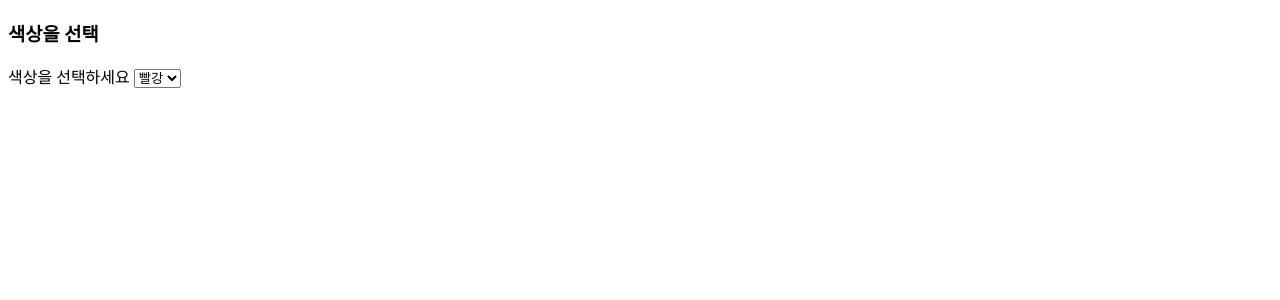
Repository: YooMyeongSeon/JSP_Servlet_Study
Page: http://localhost/web07/Ex_11_Form.jsp
The author's editor kept a copy of each file at every save. The page is drawn from the files as they stood at one save, then again after the next save.
The browser window is 1280 px wide. The pictures show the whole page.
The page is served by Tomcat 9. Other server files are loaded and not shown.

Above is the page before, as saved 2022-06-10 04:04:31.

### web07/WebContent/Ex_11_Form.jsp
<%@ page language="java" contentType="text/html; charset=UTF-8"
    pageEncoding="UTF-8"%>
<%@ taglib prefix="c" uri="http://java.sun.com/jsp/jstl/core" %>
<!DOCTYPE html>
<html>
<head>
<meta charset="UTF-8">
<title>Insert title here</title>
</head>
<body>
	<h3>색상을 선택</h3>
	<form action="">
		<label for="color">색상을 선택하세요</label>
		<select id="color" name="color">
			<option value="red">빨강</option>
			<option value="blue">파랑</option>
			<option value="green">초록</option>
		</select>
	</form>
</body>
</html>

After the next save:
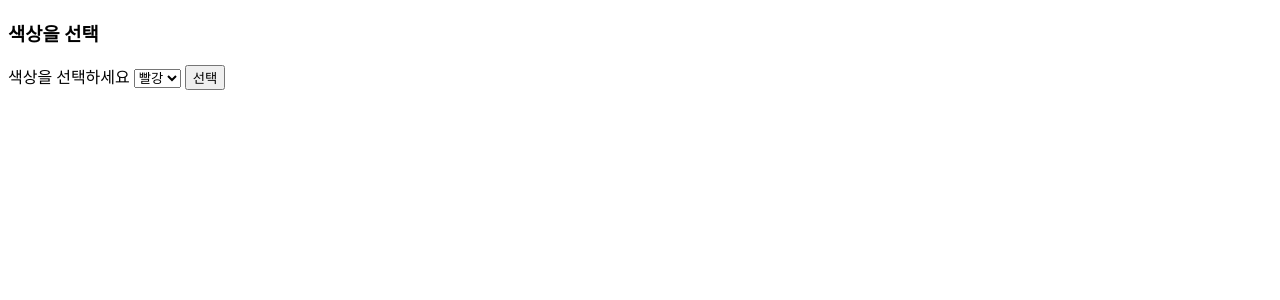
Saved 71 s later.
--- a/web07/WebContent/Ex_11_Form.jsp
+++ b/web07/WebContent/Ex_11_Form.jsp
@@ -9,13 +9,14 @@
 </head>
 <body>
 	<h3>색상을 선택</h3>
-	<form action="">
+	<form action="Ex_11_result" method="POST">
 		<label for="color">색상을 선택하세요</label>
 		<select id="color" name="color">
 			<option value="red">빨강</option>
 			<option value="blue">파랑</option>
 			<option value="green">초록</option>
 		</select>
+		<input type="submit" value="선택">
 	</form>
 </body>
 </html>
